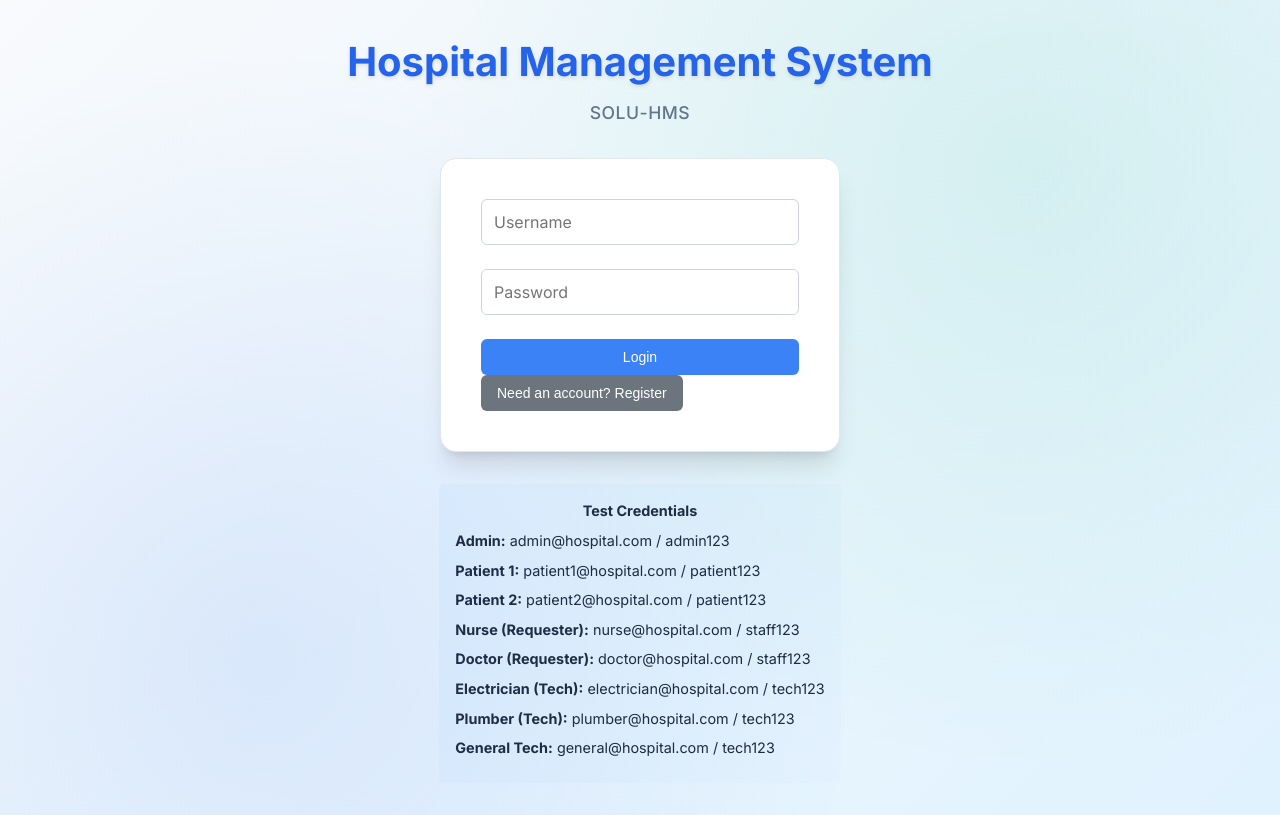
Repository: Ndegwa2/Kenyatta
Page: / (app in hospital-system/frontend/)
These files come from the project's save history. The page is drawn as it stood at one moment and after the next save; the edit follows.
The browser window is 1280 px wide. The pictures show the whole page.
The project was rebuilt for these pictures with package versions that can differ from the ones it lists, and the page was loaded fresh each time. Also part of the build but not shown: hospital-system/frontend/src/components/Navbar.jsx, hospital-system/frontend/src/services/api.js, hospital-system/frontend/src/components/PatientProfile.jsx, hospital-system/frontend/src/components/AppointmentScheduler.jsx, hospital-system/frontend/src/components/AppointmentList.jsx, hospital-system/frontend/src/components/Card.jsx, hospital-system/frontend/src/components/TicketCard.css, hospital-system/frontend/src/components/TicketCard.jsx and 18 more.

Above is the page before, as saved 2025-10-23 01:54:18.

### hospital-system/frontend/public/index.html
<!DOCTYPE html>
<html lang="en">
<head>
    <meta charset="UTF-8">
    <meta name="viewport" content="width=device-width, initial-scale=1.0">
    <title>Hospital Management System</title>
</head>
<body>
    <div id="root"></div>
</body>
</html>

### hospital-system/frontend/src/App.jsx
import React from 'react';
import { BrowserRouter as Router, Routes, Route } from 'react-router-dom';
import './App.css';
import Login from './pages/Login';
import PatientDashboard from './pages/PatientDashboard';
import DepartmentDashboard from './pages/DepartmentDashboard';
import AdminDashboard from './pages/AdminDashboard';
import AdminTickets from './pages/AdminTickets';
import AdminCasuals from './pages/AdminCasuals';
import AdminReports from './pages/AdminReports';
import AdminSettings from './pages/AdminSettings';
import CasualDashboard from './pages/CasualDashboard';
import ElectricianDashboard from './pages/ElectricianDashboard';
import MaintenanceDashboard from './pages/MaintenanceDashboard';
import MechanicalDashboard from './pages/MechanicalDashboard';

function App() {
  return (
    <Router future={{
      v7_startTransition: true,
      v7_relativeSplatPath: true
    }}>
      <div className="App">
        <Routes>
          <Route path="/" element={<Login />} />
          <Route path="/patient" element={<PatientDashboard />} />
          <Route path="/department" element={<DepartmentDashboard />} />
          <Route path="/admin" element={<AdminDashboard />} />
          <Route path="/admin/tickets" element={<AdminTickets />} />
          <Route path="/admin/casuals" element={<AdminCasuals />} />
          <Route path="/admin/reports" element={<AdminReports />} />
          <Route path="/admin/settings" element={<AdminSettings />} />
          <Route path="/casual" element={<CasualDashboard />} />
          <Route path="/electrician" element={<ElectricianDashboard />} />
          <Route path="/maintenance" element={<MaintenanceDashboard />} />
          <Route path="/mechanical" element={<MechanicalDashboard />} />
          <Route path="*" element={<Login />} />
        </Routes>
      </div>
    </Router>
  );
}

export default App;

### hospital-system/frontend/src/pages/Login.jsx
import React, { useState } from 'react';
import { useNavigate } from 'react-router-dom';
import { auth } from '../services/auth';
import './Login.css';

const Login = () => {
  const [username, setUsername] = useState('');
  const [password, setPassword] = useState('');
  const [loading, setLoading] = useState(false);
  const [error, setError] = useState('');
  const [isRegistering, setIsRegistering] = useState(false);
  const [role, setRole] = useState('patient');
  const navigate = useNavigate();

  const handleSubmit = async (e) => {
    e.preventDefault();

    // Basic validation
    if (!username || !password) {
      setError('Please enter both username and password');
      return;
    }

    setLoading(true);
    setError('');

    try {
      if (isRegistering) {
        await auth.register(username, password, role);
        setError('Registration successful! You can now log in.');
        setIsRegistering(false);
      } else {
        const data = await auth.login(username, password);
        // Redirect based on role
        if (data.role === 'patient') {
          navigate('/patient');
        } else if (data.role === 'admin') {
          navigate('/admin');
        } else if (data.role === 'department') {
          navigate('/department'); // department users go to department dashboard
        } else if (data.role === 'maintenance_manager') {
          navigate('/maintenance'); // maintenance manager goes to maintenance dashboard
        } else if (data.role === 'technician') {
          // Check technician specialty to route to appropriate dashboard
          if (data.specialty === 'mechanical') {
            navigate('/mechanical'); // mechanical technicians go to mechanical dashboard
          } else {
            navigate('/electrician'); // other technicians go to electrician dashboard
          }
        } else {
          // Default to admin dashboard if role is not recognized
          navigate('/admin');
        }
      }
    } catch (error) {
      setError(error.message || (isRegistering ? 'Registration failed.' : 'Login failed. Please check your credentials.'));
    } finally {
      setLoading(false);
    }
  };

  // Sample credentials for testing
  const sampleCredentials = [
    { role: 'Admin', username: 'admin@hospital.com', password: 'admin123' },
    { role: 'Patient 1', username: 'patient1@hospital.com', password: 'patient123' },
    { role: 'Patient 2', username: 'patient2@hospital.com', password: 'patient123' },
    { role: 'Nurse (Requester)', username: 'nurse@hospital.com', password: 'staff123' },
    { role: 'Doctor (Requester)', username: 'doctor@hospital.com', password: 'staff123' },
    { role: 'Electrician (Tech)', username: 'electrician@hospital.com', password: 'tech123' },
    { role: 'Plumber (Tech)', username: 'plumber@hospital.com', password: 'tech123' },
    { role: 'General Tech', username: 'general@hospital.com', password: 'tech123' }
  ];

  return (
    <div className="login">
      <div className="login-header">
        <h2>Hospital Management System</h2>
        <p className="login-subtitle">SOLU-HMS</p>
      </div>
      <form onSubmit={handleSubmit} className="login-form">
        <div className="form-group">
          <input
            type="text"
            placeholder="Username"
            value={username}
            onChange={(e) => setUsername(e.target.value)}
            className="form-control"
            disabled={loading}
          />
        </div>
        <div className="form-group">
          <input
            type="password"
            placeholder="Password"
            value={password}
            onChange={(e) => setPassword(e.target.value)}
            className="form-control"
            disabled={loading}
          />
        </div>
        {error && (
          <div className="error-message">
            {error}
          </div>
        )}
        {isRegistering && (
          <div className="form-group">
            <select
              value={role}
              onChange={(e) => setRole(e.target.value)}
              className="form-control"
              disabled={loading}
            >
              <option value="patient">Patient</option>
              <option value="requester">Staff (Requester)</option>
              <option value="technician">Technician</option>
            </select>
          </div>
        )}
        <button type="submit" className="btn btn-primary" disabled={loading}>
          {loading ? (isRegistering ? 'Registering...' : 'Logging in...') : (isRegistering ? 'Register' : 'Login')}
        </button>
        <button
          type="button"
          className="btn btn-secondary"
          onClick={() => {
            setIsRegistering(!isRegistering);
            setError('');
          }}
          disabled={loading}
        >
          {isRegistering ? 'Already have an account? Login' : 'Need an account? Register'}
        </button>
      </form>

      {/* Sample credentials for testing */}
      {!isRegistering && (
        <div style={{
          marginTop: '2rem',
          padding: '1rem',
          backgroundColor: '#e3f2fd',
          borderRadius: '5px',
          fontSize: '0.9rem'
        }}>
          <h4 style={{ textAlign: 'center', marginBottom: '0.5rem' }}>Test Credentials</h4>
          {sampleCredentials.map((cred, index) => (
            <div key={index} style={{ marginBottom: '0.5rem' }}>
              <strong>{cred.role}:</strong> {cred.username} / {cred.password}
            </div>
          ))}
        </div>
      )}
    </div>
  );
};

export default Login;

### hospital-system/frontend/src/components/PatientProfile.css
/* Patient Profile Styles */
.patient-profile {
  max-width: 1200px;
  margin: 0 auto;
  padding: 20px;
}

.profile-header {
  display: flex;
  justify-content: space-between;
  align-items: center;
  margin-bottom: 30px;
  padding-bottom: 20px;
  border-bottom: 2px solid #e9ecef;
}

.profile-header h2 {
  margin: 0;
  color: #333;
  font-size: 2rem;
}

.edit-buttons {
  display: flex;
  gap: 10px;
}

/* Profile Sections */
.profile-section {
  background: white;
  padding: 25px;
  border-radius: 10px;
  box-shadow: 0 2px 8px rgba(0, 0, 0, 0.1);
  margin-bottom: 25px;
}

.profile-section h3 {
  margin-top: 0;
  margin-bottom: 20px;
  color: #495057;
  font-size: 1.3rem;
  padding-bottom: 10px;
  border-bottom: 2px solid #f0f0f0;
}

/* Form Grid */
.form-grid {
  display: grid;
  grid-template-columns: repeat(auto-fit, minmax(300px, 1fr));
  gap: 20px;
}

.form-group {
  display: flex;
  flex-direction: column;
}

.form-group.full-width {
  grid-column: 1 / -1;
}

.form-group label {
  font-weight: 600;
  margin-bottom: 8px;
  color: #495057;
  font-size: 0.95rem;
}

.form-group input,
.form-group select,
.form-group textarea {
  padding: 12px;
  border: 1px solid #ced4da;
  border-radius: 6px;
  font-size: 1rem;
  font-family: inherit;
  transition: border-color 0.2s, box-shadow 0.2s;
}

.form-group input:focus,
.form-group select:focus,
.form-group textarea:focus {
  outline: none;
  border-color: #667eea;
  box-shadow: 0 0 0 3px rgba(102, 126, 234, 0.1);
}

.form-group textarea {
  resize: vertical;
  min-height: 80px;
}

.form-value {
  padding: 12px;
  background-color: #f8f9fa;
  border-radius: 6px;
  color: #495057;
  min-height: 44px;
  display: flex;
  align-items: center;
}

.form-value.blood-type {
  font-weight: 600;
  color: #dc3545;
  background-color: #ffe6e6;
}

/* Buttons */
.btn {
  padding: 10px 20px;
  border: none;
  border-radius: 6px;
  cursor: pointer;
  font-size: 1rem;
  font-weight: 500;
  transition: all 0.2s;
  display: inline-flex;
  align-items: center;
  gap: 8px;
}

.btn-primary {
  background: linear-gradient(135deg, #667eea 0%, #764ba2 100%);
  color: white;
}

.btn-primary:hover {
  transform: translateY(-2px);
  box-shadow: 0 4px 12px rgba(102, 126, 234, 0.4);
}

.btn-success {
  background-color: #28a745;
  color: white;
}

.btn-success:hover {
  background-color: #218838;
  transform: translateY(-2px);
  box-shadow: 0 4px 12px rgba(40, 167, 69, 0.4);
}

.btn-secondary {
  background-color: #6c757d;
  color: white;
}

.btn-secondary:hover {
  background-color: #5a6268;
}

/* Loading and Error States */
.loading,
.error {
  text-align: center;
  padding: 60px 20px;
  font-size: 1.2rem;
  color: #6c757d;
}

.error {
  color: #dc3545;
}

/* Responsive Design */
@media (max-width: 768px) {
  .patient-profile {
    padding: 15px;
  }

  .profile-header {
    flex-direction: column;
    align-items: flex-start;
    gap: 15px;
  }

  .profile-header h2 {
    font-size: 1.5rem;
  }

  .edit-buttons {
    width: 100%;
  }

  .edit-buttons button {
    flex: 1;
  }

  .form-grid {
    grid-template-columns: 1fr;
  }

  .profile-section {
    padding: 20px;
  }

  .profile-section h3 {
    font-size: 1.1rem;
  }
}

/* Print Styles */
@media print {
  .profile-header button,
  .edit-buttons {
    display: none;
  }

  .profile-section {
    box-shadow: none;
    border: 1px solid #dee2e6;
    page-break-inside: avoid;
  }
}

### hospital-system/frontend/src/components/AppointmentScheduler.css
/* Appointment Scheduler Styles */
.appointment-scheduler {
  background: white;
  padding: 25px;
  border-radius: 10px;
  box-shadow: 0 2px 8px rgba(0, 0, 0, 0.1);
  margin-bottom: 20px;
}

.appointment-scheduler h3 {
  margin-top: 0;
  margin-bottom: 20px;
  color: #333;
  font-size: 1.4rem;
  padding-bottom: 10px;
  border-bottom: 2px solid #f0f0f0;
}

.appointment-form {
  display: flex;
  flex-direction: column;
  gap: 20px;
}

.form-row {
  display: grid;
  grid-template-columns: repeat(auto-fit, minmax(250px, 1fr));
  gap: 20px;
}

.form-group {
  display: flex;
  flex-direction: column;
}

.form-group.full-width {
  grid-column: 1 / -1;
}

.form-group label {
  font-weight: 600;
  margin-bottom: 8px;
  color: #495057;
  font-size: 0.95rem;
}

.form-group input,
.form-group select,
.form-group textarea {
  padding: 12px;
  border: 1px solid #ced4da;
  border-radius: 6px;
  font-size: 1rem;
  font-family: inherit;
  transition: border-color 0.2s, box-shadow 0.2s;
}

.form-group input:focus,
.form-group select:focus,
.form-group textarea:focus {
  outline: none;
  border-color: #667eea;
  box-shadow: 0 0 0 3px rgba(102, 126, 234, 0.1);
}

.form-group textarea {
  resize: vertical;
  min-height: 80px;
}

.form-group input:disabled,
.form-group select:disabled {
  background-color: #f8f9fa;
  cursor: not-allowed;
  opacity: 0.6;
}

/* Messages */
.error-message,
.success-message {
  padding: 12px 16px;
  border-radius: 6px;
  margin-bottom: 20px;
  font-weight: 500;
}

.error-message {
  background-color: #f8d7da;
  color: #721c24;
  border: 1px solid #f5c6cb;
}

.success-message {
  background-color: #d4edda;
  color: #155724;
  border: 1px solid #c3e6cb;
}

/* Form Actions */
.form-actions {
  display: flex;
  justify-content: flex-end;
  padding-top: 20px;
  border-top: 1px solid #e9ecef;
}

.btn {
  padding: 12px 24px;
  border: none;
  border-radius: 6px;
  cursor: pointer;
  font-size: 1rem;
  font-weight: 500;
  transition: all 0.2s;
  display: inline-flex;
  align-items: center;
  gap: 8px;
  text-decoration: none;
}

.btn-primary {
  background: linear-gradient(135deg, #667eea 0%, #764ba2 100%);
  color: white;
}

.btn-primary:hover:not(:disabled) {
  transform: translateY(-2px);
  box-shadow: 0 4px 12px rgba(102, 126, 234, 0.4);
}

.btn-primary:disabled {
  opacity: 0.6;
  cursor: not-allowed;
  transform: none;
}

/* Responsive Design */
@media (max-width: 768px) {
  .appointment-scheduler {
    padding: 20px;
  }

  .appointment-scheduler h3 {
    font-size: 1.2rem;
  }

  .form-row {
    grid-template-columns: 1fr;
  }

  .form-actions {
    flex-direction: column;
  }

  .btn {
    width: 100%;
    justify-content: center;
  }
}

/* Loading States */
.appointment-form.submitting {
  opacity: 0.7;
  pointer-events: none;
}

.appointment-form.submitting::after {
  content: '';
  position: absolute;
  top: 0;
  left: 0;
  right: 0;
  bottom: 0;
  background: rgba(255, 255, 255, 0.8);
  display: flex;
  align-items: center;
  justify-content: center;
  z-index: 10;
}

/* Time slot styling */
.form-group select option {
  padding: 8px;
}

/* Priority indicators */
.priority-low { color: #28a745; }
.priority-normal { color: #17a2b8; }
.priority-high { color: #ffc107; }
.priority-urgent { color: #dc3545; }

/* Appointment type styling */
.appointment-type-consultation { background-color: #e3f2fd; }
.appointment-type-follow-up { background-color: #f3e5f5; }
.appointment-type-procedure { background-color: #fff3e0; }
.appointment-type-therapy { background-color: #e8f5e8; }
.appointment-type-check-up { background-color: #fce4ec; }
.appointment-type-emergency { background-color: #ffebee; }
.appointment-type-other { background-color: #fafafa; }

### hospital-system/frontend/src/components/Card.css
/* Hospital Card Component - Calming, Professional Design */
:root {
  --hospital-primary: #2563eb;
  --hospital-secondary: #10b981;
  --hospital-accent: #f59e0b;
  --hospital-success: #059669;
  --hospital-warning: #d97706;
  --hospital-error: #dc2626;
  --hospital-info: #0891b2;
  --hospital-background: #f8fafc;
  --hospital-surface: #ffffff;
  --hospital-text-primary: #1e293b;
  --hospital-text-secondary: #64748b;
  --hospital-border: #e2e8f0;
  --hospital-shadow: 0 1px 3px 0 rgb(0 0 0 / 0.1), 0 1px 2px -1px rgb(0 0 0 / 0.1);
  --hospital-shadow-hover: 0 4px 6px -1px rgb(0 0 0 / 0.1), 0 2px 4px -2px rgb(0 0 0 / 0.1);
}

/* Base Card Styles */
.card {
  background: var(--hospital-surface);
  border-radius: 12px;
  border: 1px solid var(--hospital-border);
  box-shadow: var(--hospital-shadow);
  transition: all 0.2s cubic-bezier(0.4, 0, 0.2, 1);
  overflow: hidden;
}

/* Card Variants */
.card--default {
  padding: 20px;
}

.card--compact {
  padding: 16px;
}

.card--elevated {
  box-shadow: var(--hospital-shadow-hover);
}

.card--bordered {
  border: 2px solid var(--hospital-border);
}

.card--success {
  border-left: 4px solid var(--hospital-success);
  background: linear-gradient(135deg, #f0fdf4 0%, #ffffff 100%);
}

.card--warning {
  border-left: 4px solid var(--hospital-warning);
  background: linear-gradient(135deg, #fffbeb 0%, #ffffff 100%);
}

.card--error {
  border-left: 4px solid var(--hospital-error);
  background: linear-gradient(135deg, #fef2f2 0%, #ffffff 100%);
}

.card--info {
  border-left: 4px solid var(--hospital-info);
  background: linear-gradient(135deg, #ecfeff 0%, #ffffff 100%);
}

/* Interactive Cards */
.card--interactive {
  cursor: pointer;
  user-select: none;
}

.card--interactive:hover {
  transform: translateY(-2px);
  box-shadow: var(--hospital-shadow-hover);
  border-color: var(--hospital-primary);
}

.card--interactive:active {
  transform: translateY(0);
  transition-duration: 0.1s;
}

/* Card Content Spacing */
.card__header {
  margin-bottom: 16px;
  padding-bottom: 12px;
  border-bottom: 1px solid var(--hospital-border);
}

.card__title {
  font-size: 18px;
  font-weight: 600;
  color: var(--hospital-text-primary);
  margin: 0 0 4px 0;
}

.card__subtitle {
  font-size: 14px;
  color: var(--hospital-text-secondary);
  margin: 0;
}

.card__content {
  margin-bottom: 16px;
}

.card__footer {
  margin-top: 16px;
  padding-top: 12px;
  border-top: 1px solid var(--hospital-border);
  display: flex;
  justify-content: space-between;
  align-items: center;
}

/* Responsive Design */
@media (max-width: 768px) {
  .card {
    margin-bottom: 12px;
  }

  .card--default {
    padding: 16px;
  }

  .card--compact {
    padding: 12px;
  }

  .card__footer {
    flex-direction: column;
    align-items: flex-start;
    gap: 8px;
  }
}

/* Animation Classes */
.card--fade-in {
  animation: cardFadeIn 0.3s ease-out;
}

@keyframes cardFadeIn {
  from {
    opacity: 0;
    transform: translateY(10px);
  }
  to {
    opacity: 1;
    transform: translateY(0);
  }
}

.card--slide-in {
  animation: cardSlideIn 0.4s ease-out;
}

@keyframes cardSlideIn {
  from {
    opacity: 0;
    transform: translateX(-20px);
  }
  to {
    opacity: 1;
    transform: translateX(0);
  }
}

Loaded but not shown: hospital-system/frontend/src/index.js (common file); hospital-system/frontend/src/services/auth.js (78 lines, source omitted); hospital-system/frontend/src/pages/ElectricianDashboard.css (1305 lines, source omitted); hospital-system/frontend/src/App.css (504 lines, source omitted); hospital-system/frontend/src/pages/MechanicalDashboard.css (467 lines, source omitted); hospital-system/frontend/src/components/TicketDetails.css (461 lines, source omitted); hospital-system/frontend/src/components/AppointmentList.css (288 lines, source omitted); hospital-system/frontend/src/pages/Login.css (225 lines, source omitted)

After the next save:
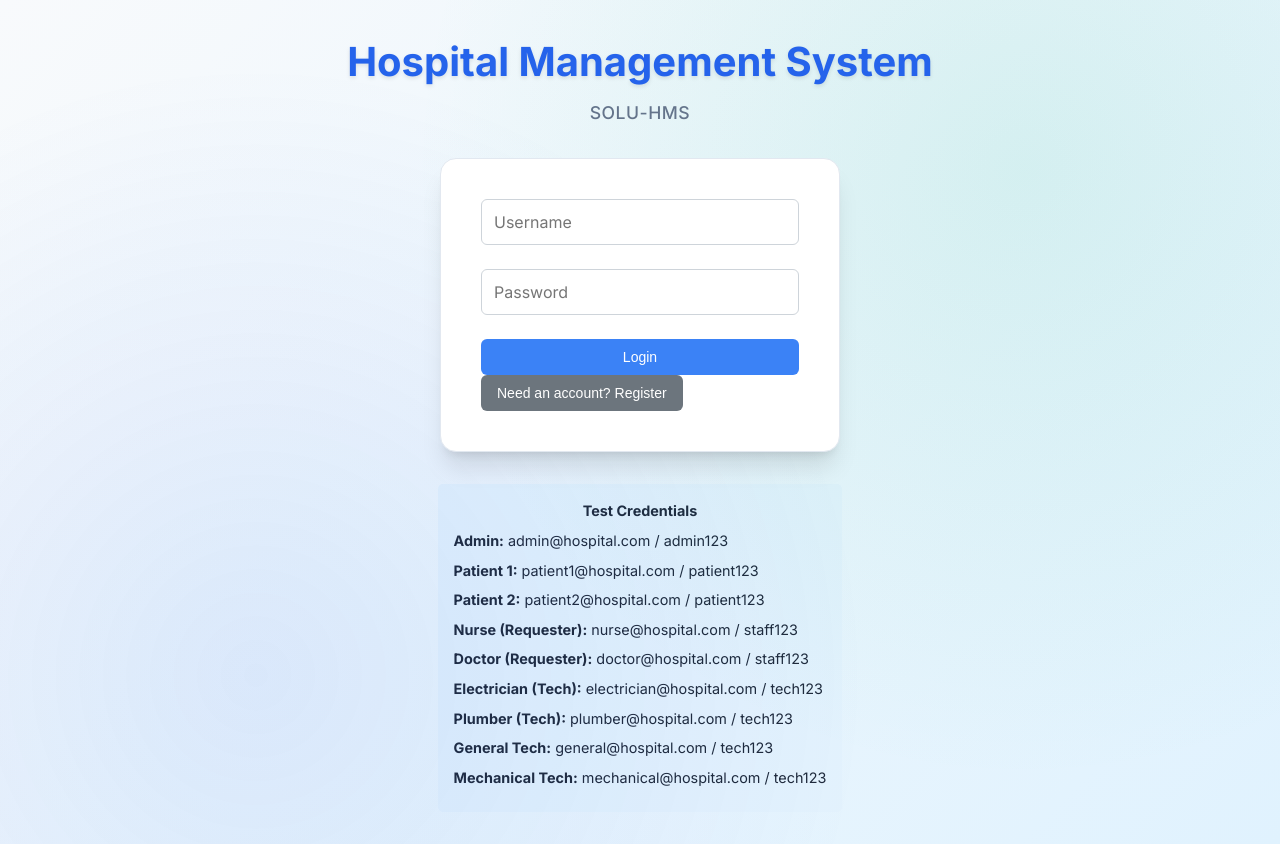
Saved 19 s later.
--- a/hospital-system/frontend/src/pages/Login.jsx
+++ b/hospital-system/frontend/src/pages/Login.jsx
@@ -68,7 +68,8 @@ const Login = () => {
     { role: 'Doctor (Requester)', username: 'doctor@hospital.com', password: 'staff123' },
     { role: 'Electrician (Tech)', username: 'electrician@hospital.com', password: 'tech123' },
     { role: 'Plumber (Tech)', username: 'plumber@hospital.com', password: 'tech123' },
-    { role: 'General Tech', username: 'general@hospital.com', password: 'tech123' }
+    { role: 'General Tech', username: 'general@hospital.com', password: 'tech123' },
+    { role: 'Mechanical Tech', username: 'mechanical@hospital.com', password: 'tech123' }
   ];
 
   return (
